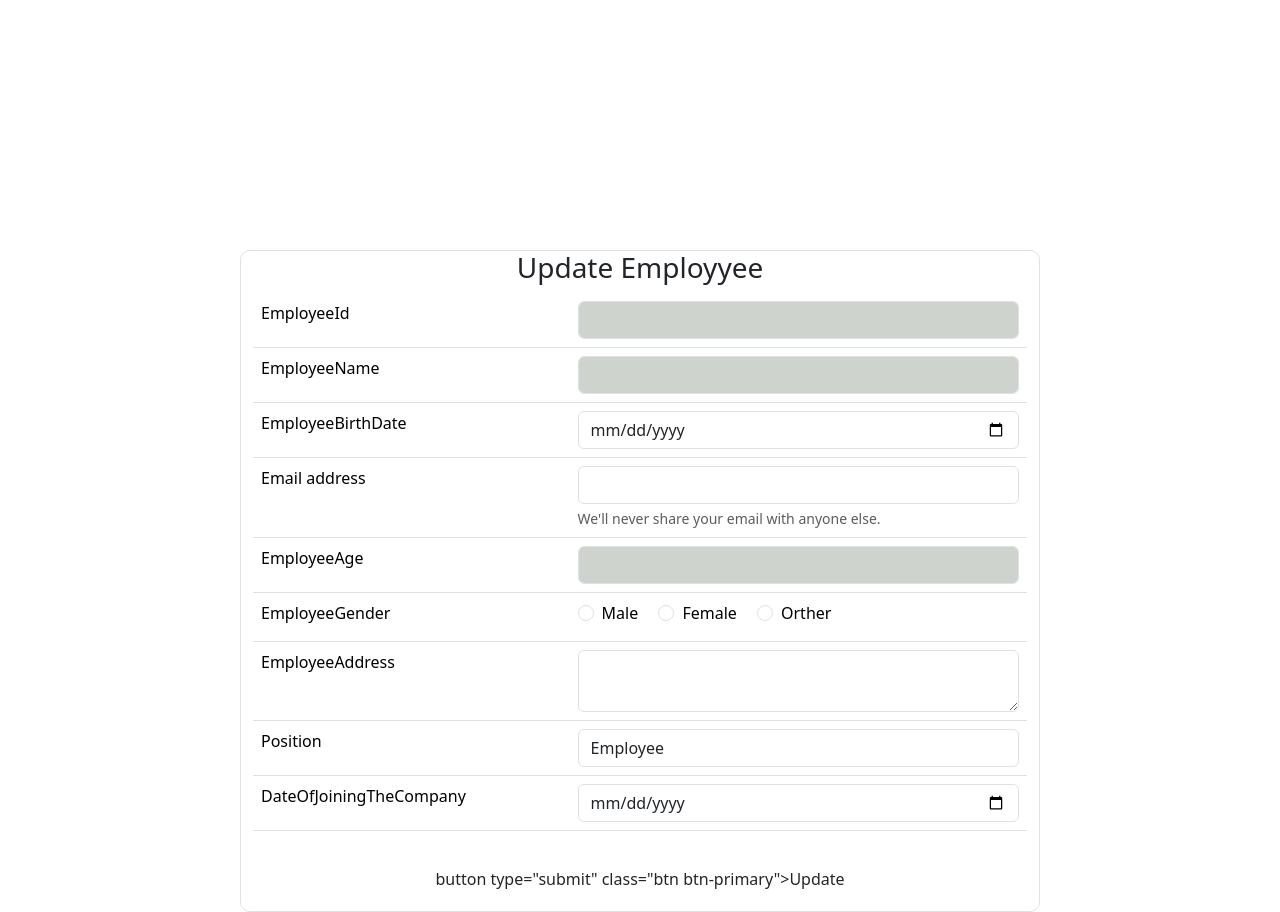
Repository: tranhuuan1703/BaiTapServlet
Page: http://localhost/bai_tap_jsp_servlet/views/Edit.jsp
An editor plug-in stored every save of this project. The page is shown before and after the next save, followed by the edit.
The browser window is 1280 px wide. The pictures show the whole page.
Some web libraries are served in a nearby version. The page is served by Tomcat 9. Other server files are loaded and not shown.

Above is the page before, as saved 2024-08-14 07:06:29.

### bai_tap_jsp_servlet/bai_tap_jsp_servlet/src/main/webapp/views/Edit.jsp
<%@ page language="java" contentType="text/html; charset=UTF-8"
   pageEncoding="UTF-8"%>
<!DOCTYPE html>
<html>
   <head>
      <meta charset="UTF-8">
      <title>Insert title here</title>
      <link href="https://cdn.jsdelivr.net/npm/bootstrap@5.3.3/dist/css/bootstrap.min.css"
         rel="stylesheet"
         integrity="sha384-QWTKZyjpPEjISv5WaRU9OFeRpok6YctnYmDr5pNlyT2bRjXh0JMhjY6hW+ALEwIH"
         crossorigin="anonymous">
      <script src="https://cdn.jsdelivr.net/npm/bootstrap@5.3.3/dist/js/bootstrap.bundle.min.js"
         integrity="sha384-YvpcrYf0tY3lHB60NNkmXc5s9fDVZLESaAA55NDzOxhy9GkcIdslK1eN7N6jIeHz"
         crossorigin="anonymous"></script>
      <script src="https://cdnjs.cloudflare.com/ajax/libs/moment.js/2.24.0/moment.min.js"></script>
		<script src="https://code.jquery.com/jquery-3.4.1.min.js"></script>
   </head>
   <style>
		.rq{
			color: red;
		}

   </style>
   <body>
      <div class="container border" style="margin-top:250px; width:800px; border-radius: 10px;">
      <center><h3>Update Employyee</h3></center>
         <form id="updateForm" action="updateEmployeeController" method="get">
            <table class="table">
              <tr>
	               <td><label for="nameEmployee" class="form-label">EmployeeId</label></td>
	                  <td>
	                     <input type="text" class="form-control" id="custId" aria-describedby="emailHelp" value="${employeeInfo.employeeId}" name="Id" readonly style="text-align: center; background-color: #cfd3ce;">
	                  	 <span class="rq">${msgEmployeeId}</span>
	                  </td>
	               </tr>

              </tr>
               <tr>
                  <td><label for="nameEmployee" class="form-label">EmployeeName</label></td>
                  <td>
                     <input type="text" class="form-control" id="nameEmployee" aria-describedby="emailHelp" value="${employeeInfo.employeeName}" name="nameEmployee" style="text-align: center; background-color: #cfd3ce;" readonly>
                  	 <span class="rq">${msgEmployeeName}</span>
                  </td>
               </tr>
               <tr>
                  <td><label for="birthDayEmployee" class="form-label">EmployeeBirthDate</label></td>
                  <td>
                     <input type="date" class="form-control" id="birthDayEmployee" name="birthDayEmployee" value="${employeeInfo.employeBirthDay}" required="required">
                  </td>
               </tr>
               <tr>
                  <td><label for="emailEmployee" class="form-label">Email address</label></td>
                  <td>
                     <input type="email" class="form-control" id="emailEmployee" aria-describedby="emailHelp" name="emailEmployee" value="${employeeInfo.emailEmployee}" style="text-align: center;">
                     <div id="emailHelp" class="form-text">We'll never share your email with anyone else.</div>
                  </td>
               </tr>
               <tr>
                  <td><label for="ageEmployee" class="form-label">EmployeeAge</label></td>
                  <td>
                     <input type="number" class="form-control" id="ageEmployee" aria-describedby="emailHelp" name="ageEmployee" value="${employeeInfo.employeeAge}" style="text-align: center; background-color: #cfd3ce;">
                     <span class="rq">${msgEmployeeAge}</span>
                  </td>
               </tr>
               <tr>
                  <td><label for="inlineRadio1" class="form-label">EmployeeGender</label></td>
                  <td>
                     <div class="form-check form-check-inline">
                        <input class="form-check-input" type="radio" name="inlineRadioOptions" id="inlineRadio1" value="male" ${employeeInfo.employeeGender == 'male' ? 'checked' : ''} style="text-align: center;">
                        <label class="form-check-label" for="inlineRadio1">Male</label>
                     </div>
                     <div class="form-check form-check-inline">
                        <input class="form-check-input" type="radio" name="inlineRadioOptions" id="inlineRadio2" value="female" ${employeeInfo.employeeGender == 'female' ? 'checked' : ''} >
                        <label class="form-check-label" for="inlineRadio2">Female</label>
                     </div>
                     <div class="form-check form-check-inline">
                        <input class="form-check-input" type="radio" name="inlineRadioOptions" id="inlineRadio3" value="orther" ${employeeInfo.employeeGender == 'orther' ? 'checked' : ''}>
                        <label class="form-check-label" for="inlineRadio3">Orther</label>
                     </div>
                  </td>
               </tr>
               <tr>
                  <td><label for="addressEmployee" class="form-label">EmployeeAddress</label></td>
                  <td>
                     <textarea  class="form-control" id="addressEmployee" aria-describedby="emailHelp" name="addressEmployee">${employeeInfo.employeeAddress}</textarea>
                  </td>
               </tr>
               <tr>
                  <td><label for="exampleInputEmail1" class="form-label">Position</label></td>
                  <td>
                     <select class="form-control" id="selection" name="position">
                        <option value="employee" ${employeeInfo.position == 'employee' ? 'selected' : ''}>Employee</option>
                        <option value="boss" ${employeeInfo.position == 'boss' ? 'selected' : ''}>Boss</option>
                     </select>
                  </td>
               </tr>
               <tr>
                  <td><label for="dateJoiningBirthday" class="form-label">DateOfJoiningTheCompany</label></td>
                  <td>
                     <input type="date" class="form-control" id="dateJoiningCompany" name="dateJoiningCompany" value="${employeeInfo.employeeDateOfJoiningTheCompany}" required="required">
                    <span class="rq">${msgEmployeeDateJoiningCompany}</span>
                  </td>
               </tr>
            </table>
            <div class="grid text-center" style="padding:20px;">
            	button type="submit" class="btn btn-primary">Update</button>
            </div>
         </form>
      </div>
   </body>
   <script>
 /*  $("#birthDayEmployee, #dateJoiningBirthday").blur(function(){
	    const dateValue = new Date($(this).val());

	    if (isNaN(dateValue)) {
	        return '';
	    }

	    const day = String(dateValue.getDate()).padStart(2, '0');
	    const month = String(dateValue.getMonth() + 1).padStart(2, '0');
	    const year = dateValue.getFullYear();

	    var text = day + "/" + month + "/" + year;
	    $(this).attr("type","text");
	    $(this).val(text);
	});*/

 $("#dateJoiningBirthday").blur(function(){
	    const dateValue = new Date($(this).val());

	    if (isNaN(dateValue)) {
	        return '';
	    }

	    const day = String(dateValue.getDate()).padStart(2, '0');
	    const month = String(dateValue.getMonth() + 1).padStart(2, '0');
	    const year = dateValue.getFullYear();

	    var text = day + "/" + month + "/" + year;
	    $(this).attr("type","text");
	    $(this).val(text);
});

/*$("#dateJoiningCompany").blur(function(){
    const dateValue = new Date($(this).val());

    if (isNaN(dateValue)) {
        return '';
    }

    const day = String(dateValue.getDate()).padStart(2, '0');
    const month = String(dateValue.getMonth() + 1).padStart(2, '0');
    const year = dateValue.getFullYear();

    var text = year + "-" + month + "-" + day;
    $(this).attr("type","text");
    $(this).val(text);
});
*/
 $("#birthDayEmployee").blur(function(){

 	var date1 = new Date();

 	var values = $(this).val();
 	var yeard = parseInt(values.substr(0, 4));
 	console.log(yeard);
 	currentYear = date1.getFullYear();

 	age = currentYear - yeard;
 	$("#ageEmployee").val(age);
 });

/* $("#updateForm").submit(function(){

 	$("#ageEmployee").disabled = false;


 })*/




 $("form").on('submit', function(){
	 //$("#ageEmployee").disabled = false;
	  var isConfirmed = confirm("Bạn chắc muốn thay đổi?");

	  if (!isConfirmed){
		  event.preventDefault();
	  }
 })


// Lấy ngày hiện tại
    var today = new Date().toISOString().split('T')[0];
    // Đặt giá trị max của input là ngày hiện tại
    document.getElementById('dateJoiningCompany').setAttribute('max', today);
    // Thiết lập giá trị max là ngày hiện tại
    document.getElementById('dateJoiningCompany').max = new Date().toISOString().split("T")[0];


   </script>
</html>

After the next save:
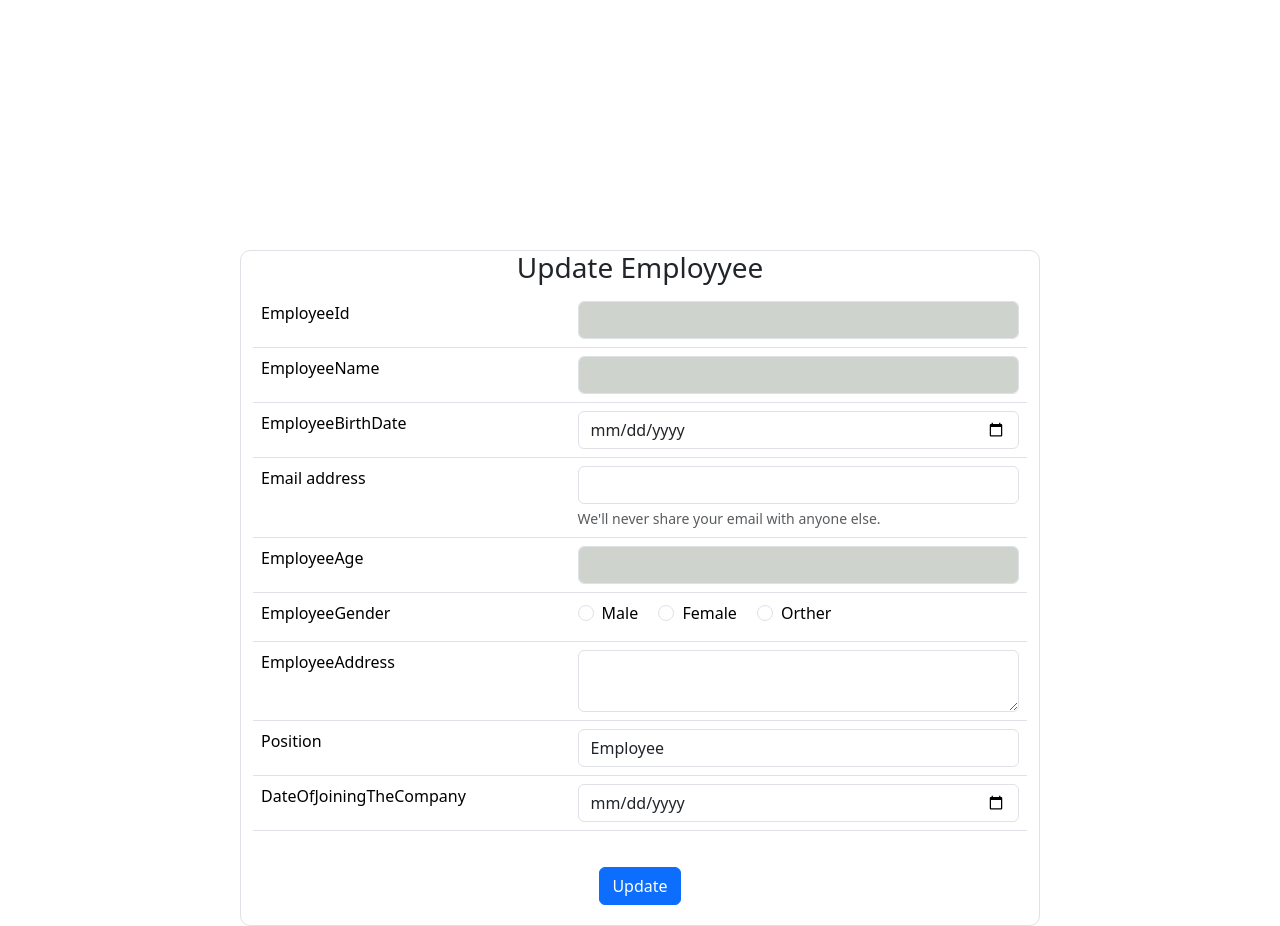
Saved 4 s later.
--- a/bai_tap_jsp_servlet/bai_tap_jsp_servlet/src/main/webapp/views/Edit.jsp
+++ b/bai_tap_jsp_servlet/bai_tap_jsp_servlet/src/main/webapp/views/Edit.jsp
@@ -103,7 +103,7 @@
                </tr>
             </table>
             <div class="grid text-center" style="padding:20px;">
-            	button type="submit" class="btn btn-primary">Update</button>
+            	<button type="submit" class="btn btn-primary">Update</button>
             </div>
          </form>
       </div>
